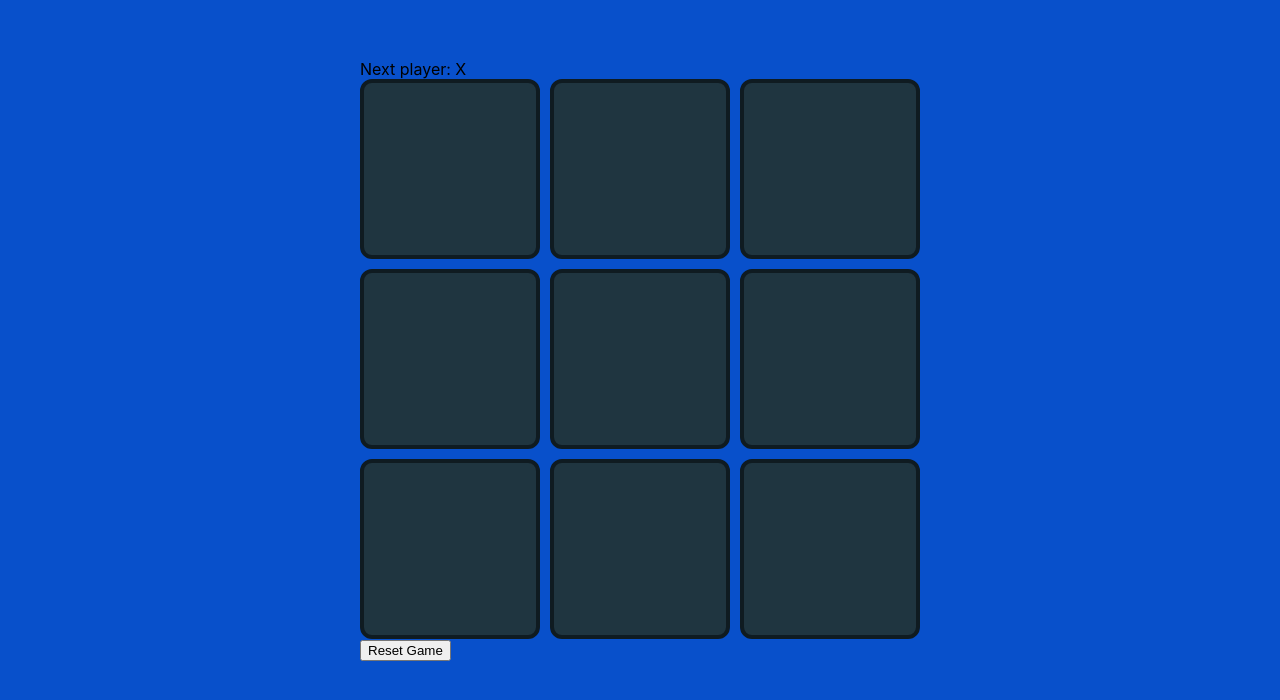
Repository: Monterro324/Tic-Tac
Page: / (app in tic-tac/)
The author's editor kept a copy of each file at every save. The page is drawn from the files as they stood at one save, then again after a run of saves.
The browser window is 1280 px wide. The pictures show the whole page.
The project was rebuilt for these pictures with package versions that can differ from the ones it lists, and the page was loaded fresh each time.

Above is the page before, as saved 2024-05-04 21:25:52.

After the next 4 saves:
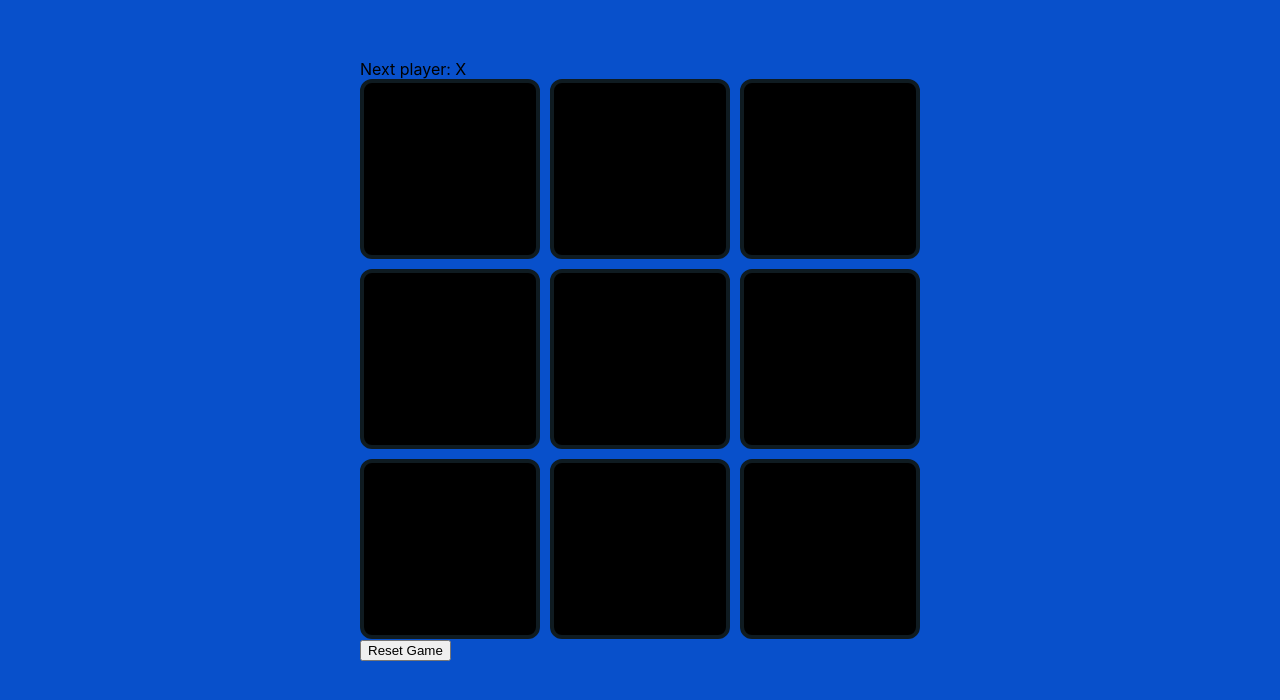
The 4 saves are shown as one change because they came seconds apart.
The last was saved 16 s later.
--- a/tic-tac/src/App.css
+++ b/tic-tac/src/App.css
@@ -20,7 +20,7 @@ body, html {
   justify-content: center;
   height: 180px;
   width: 180px;
-  background: #1f3540;
+  background: #000000;
   border: 4px solid #0f1b21;
   border-radius: 12px;
   cursor: pointer;
